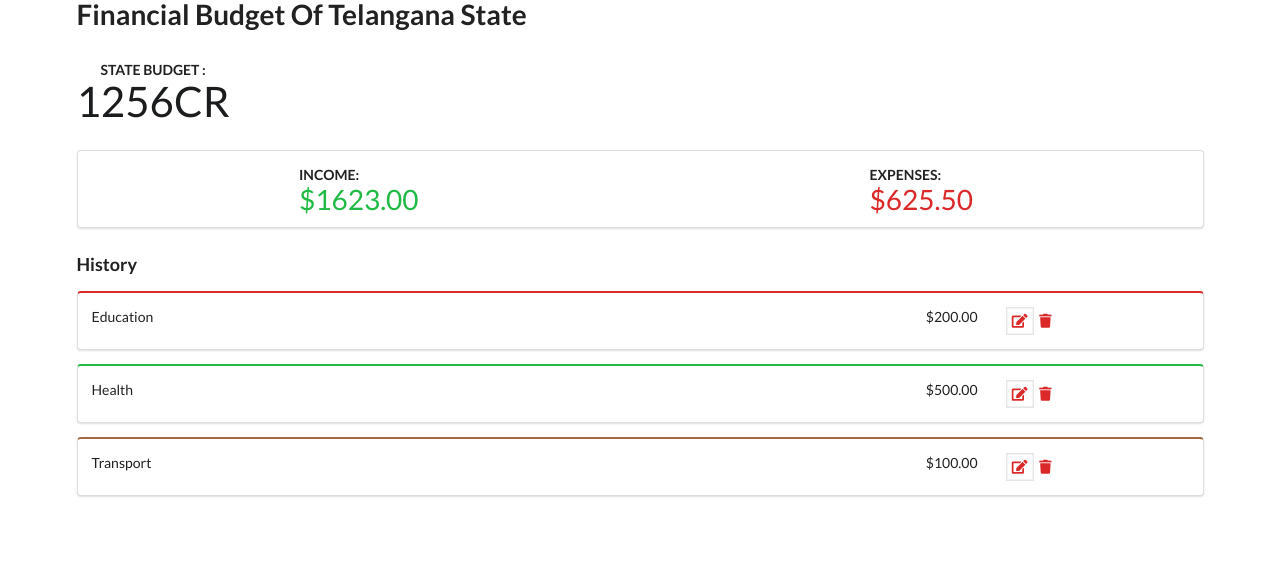
Repository: akHil07090709/advanced-react
Page: /
These files come from the project's save history. The page is drawn as it stood at one moment and after the next save; the edit follows.
The browser window is 1280 px wide. The pictures show the whole page.
The project was rebuilt for these pictures with package versions that can differ from the ones it lists, and the page was loaded fresh each time. Also part of the build but not shown: src/App.css.

Above is the page before, as saved 2021-05-25 07:51:49.

### src/index.js
import React from "react";
import ReactDOM from "react-dom";
import "./index.css";
import App from "./App";
import "semantic-ui-css/semantic.min.css";

ReactDOM.render(
  <React.StrictMode>
    <App />
  </React.StrictMode>,
  document.getElementById("root")
);

// If you want to start measuring performance in your app, pass a function
// to log results (for example: reportWebVitals(console.log))
// or send to an analytics endpoint. Learn more: https://bit.ly/CRA-vitals

### src/App.js
import {
  Container,
  Grid,
  Header,
  Icon,
  Segment,
  Statistic,
} from "semantic-ui-react";
import "./App.css";

function App() {
  return (
    <Container>
      <Header as="h1">Financial Budget Of Telangana State</Header>
      <Statistic size="small">
        {/* A statistic can display a value with a label above or below it.*/}
        <Statistic.Label>State Budget : </Statistic.Label>
        <Statistic.Value>1256cr</Statistic.Value>
      </Statistic>
      <Segment textAlign="center">
        <Grid columns={2}>
          <Grid.Row>
            <Grid.Column>
              <Statistic size="tiny" color="green">
                <Statistic.Label style={{ textAlign: "left" }}>
                  Income:
                </Statistic.Label>
                <Statistic.Value>$1623.00</Statistic.Value>
              </Statistic>
            </Grid.Column>
            <Grid.Column>
              <Statistic size="tiny" color="red">
                <Statistic.Label style={{ textAlign: "left" }}>
                  Expenses:
                </Statistic.Label>
                <Statistic.Value>$625.50</Statistic.Value>
              </Statistic>
            </Grid.Column>
          </Grid.Row>
        </Grid>
      </Segment>
      <Header as="h3">History</Header>
      <Segment color="red">
        <Grid columns={3}>
          <Grid.Row>
            <Grid.Column width={10}>Education</Grid.Column>
            <Grid.Column width={3} textAlign="right">
              $200.00
            </Grid.Column>
            <Grid.Column width={3}>
              <Icon name="edit" bordered color="red" />
              <Icon name="trash" color="red" />
            </Grid.Column>
          </Grid.Row>
        </Grid>
      </Segment>
      <Segment color="green">
        <Grid columns={3}>
          <Grid.Row>
            <Grid.Column width={10}>Health</Grid.Column>
            <Grid.Column width={3} textAlign="right">
              $500.00
            </Grid.Column>
            <Grid.Column width={3}>
              <Icon name="edit" bordered color="red" />
              <Icon name="trash" color="red" />
            </Grid.Column>
          </Grid.Row>
        </Grid>
      </Segment>
      <Segment color="brown">
        <Grid columns={3}>
          <Grid.Row>
            <Grid.Column width={10}>Transport</Grid.Column>
            <Grid.Column width={3} textAlign="right">
              $100.00
            </Grid.Column>
            <Grid.Column width={3}>
              <Icon name="edit" bordered color="red" />
              <Icon name="trash" color="red" />
            </Grid.Column>
          </Grid.Row>
        </Grid>
      </Segment>
    </Container>
  );
}

export default App;

Loaded but not shown: public/index.html (common file); src/index.css (common file)

After the next save:
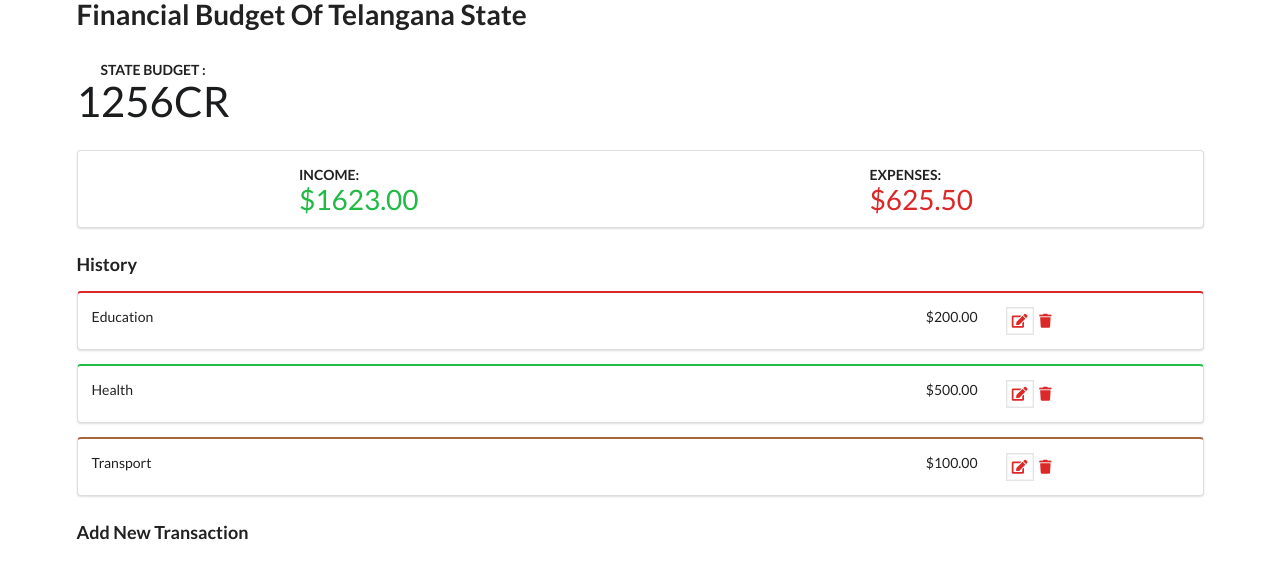
Saved 7 min 2 s later.
--- a/src/App.js
+++ b/src/App.js
@@ -82,6 +82,7 @@
           </Grid.Row>
         </Grid>
       </Segment>
+      <Header as="h3">Add New Transaction</Header>
     </Container>
   );
 }
